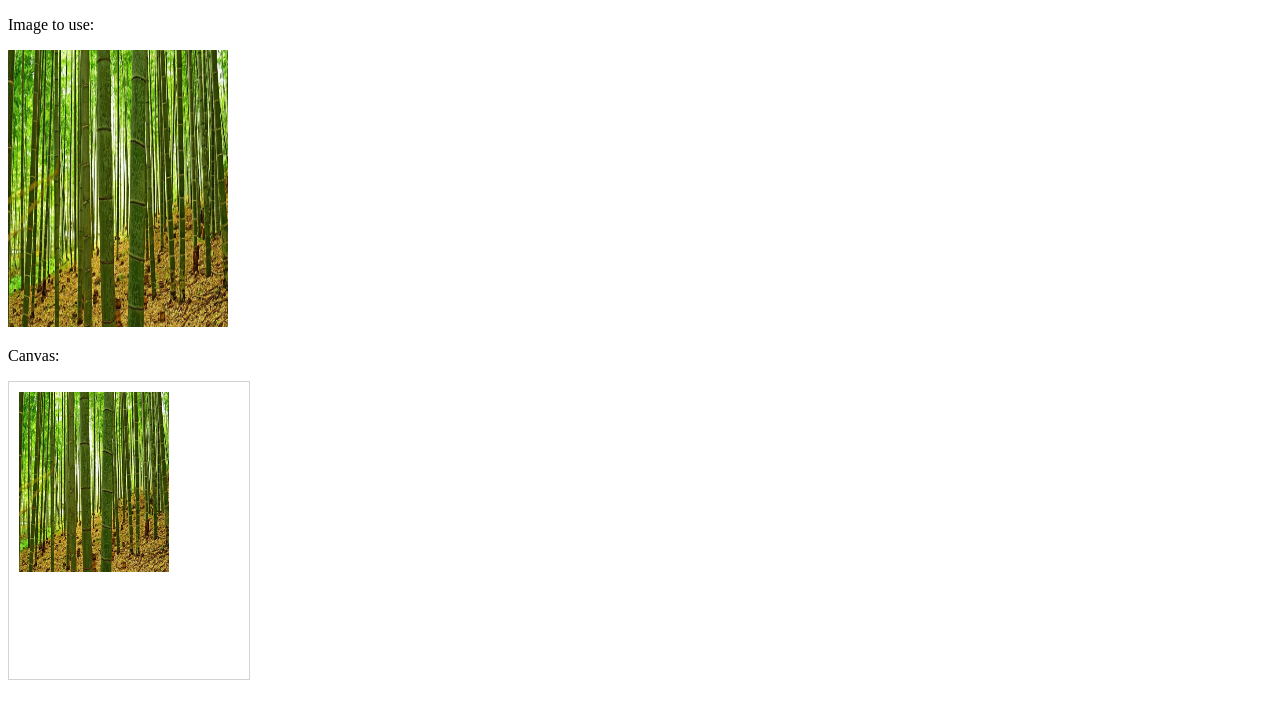
Repository: tanasa-mircea/playground
Page: canvas-filters/index.html
These files come from the project's save history. The page is drawn as it stood at one moment and after the next save; the edit follows.
The browser window is 1280 px wide. The pictures show the whole page.

Above is the page before, as saved 2019-02-08 10:51:43.

### canvas-filters/index.html
<!DOCTYPE html>
<html>
<head>
  <meta charset="utf-8">
  <meta http-equiv="X-UA-Compatible" content="IE=edge">
  <title>Page Title</title>
  <meta name="viewport" content="width=device-width, initial-scale=1">
</head>
<body>
  <!-- <canvas id="canvas"></canvas>
  <img id="image" class="hidden" src="bamboo.jpg" alt=""> -->

  <p>Image to use:</p>
<img id="scream" width="220" height="277" src="bamboo.jpg" alt="The Scream">

<p>Canvas:</p>
<canvas id="myCanvas" width="240" height="297" style="border:1px solid #d3d3d3;">
Your browser does not support the HTML5 canvas tag.
</canvas>

  <script src="main.js"></script>
</body>
</html>

### canvas-filters/main.js
var config = {
  canvasWidth: 1200,
  canvasHeight: 600
}

var canvas,
    canvasContext,
    image;

function initCanvas() {
  canvas = document.getElementById("canvas");
  // canvas.height = config.canvasHeight;
  // canvas.width = config.canvasWidth;

  canvasContext = canvas.getContext("2d");
  image = document.getElementById("image");
  debugger
  canvasContext.drawImage(image, config.canvasWidth, config.canvasHeight, 0, 0);
}

// window.onload = function() {
//   initCanvas();
// }

window.onload = function() {
  var c = document.getElementById("myCanvas");
  var ctx = c.getContext("2d");
  var img = document.getElementById("scream");
  ctx.drawImage(img, 10, 10, 150, 180);
}

After the next save:
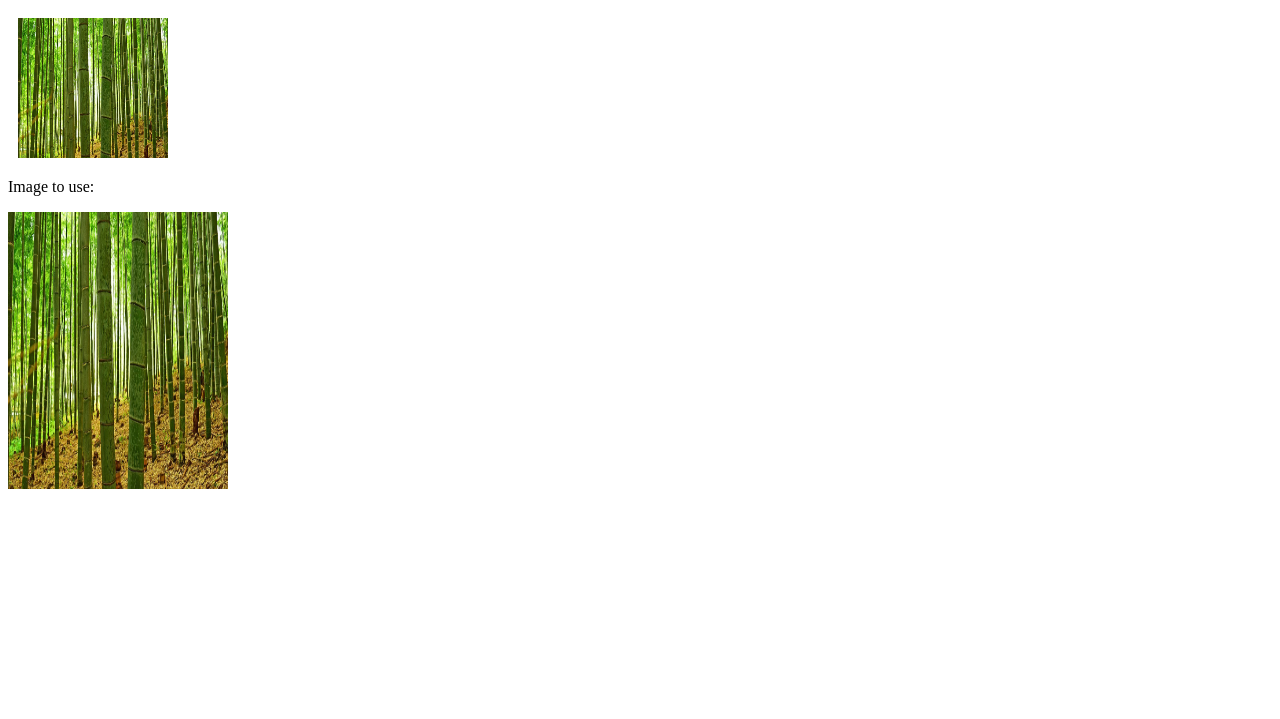
Saved 30 s later.
--- a/canvas-filters/index.html
+++ b/canvas-filters/index.html
@@ -7,17 +7,12 @@
   <meta name="viewport" content="width=device-width, initial-scale=1">
 </head>
 <body>
-  <!-- <canvas id="canvas"></canvas>
-  <img id="image" class="hidden" src="bamboo.jpg" alt=""> -->
+  <canvas id="myCanvas"></canvas>
+  <!-- <img id="image" class="hidden" src="bamboo.jpg" alt=""> -->
 
   <p>Image to use:</p>
 <img id="scream" width="220" height="277" src="bamboo.jpg" alt="The Scream">
 
-<p>Canvas:</p>
-<canvas id="myCanvas" width="240" height="297" style="border:1px solid #d3d3d3;">
-Your browser does not support the HTML5 canvas tag.
-</canvas>
-
   <script src="main.js"></script>
 </body>
 </html>
